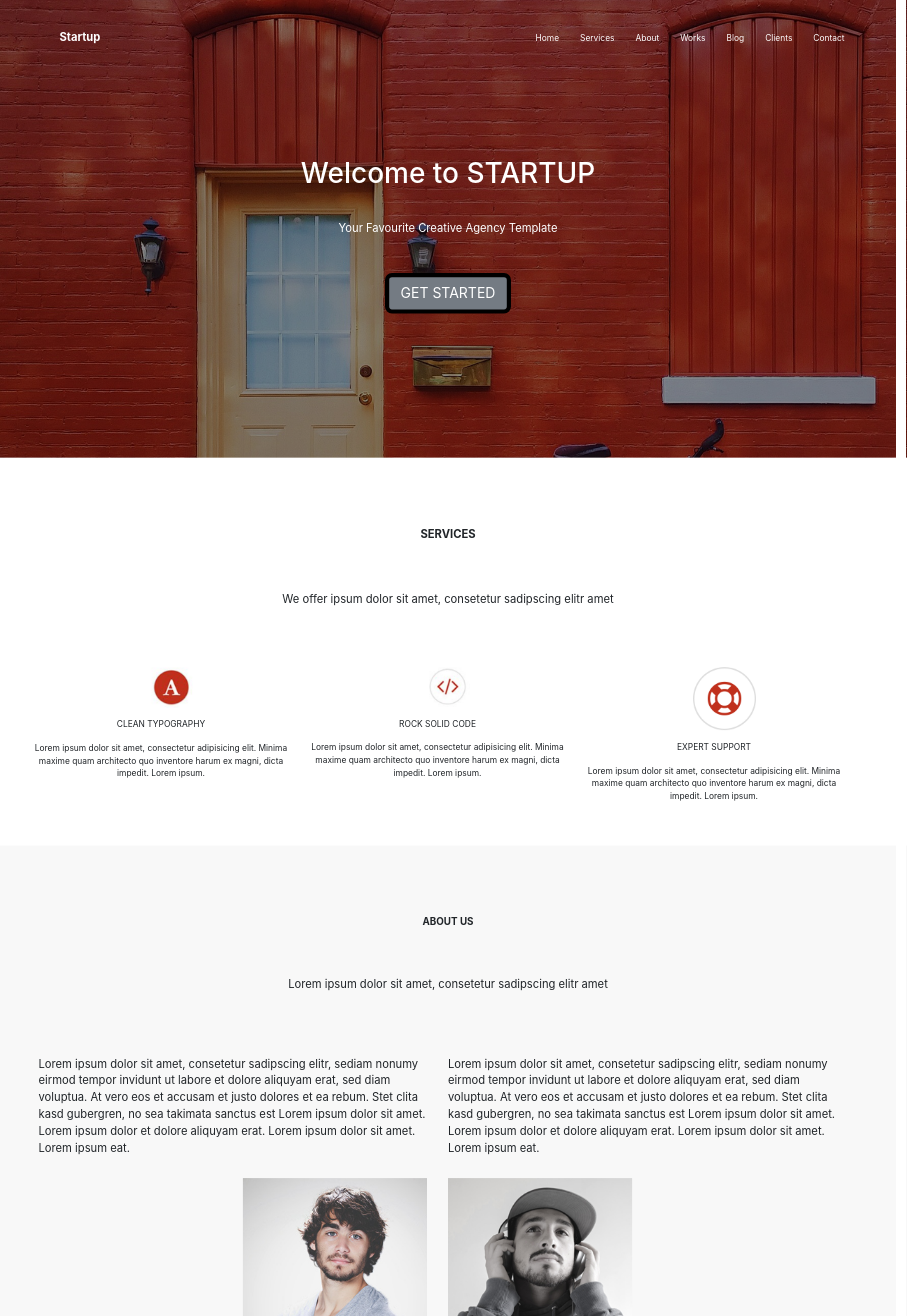
Repository: ivankovaa/HelloWorld
Page: lab5/index.html
The author's editor kept a record of every edit. The page is drawn from the files as they stood at one moment, then again after the next edit.
The browser window is 1280 px wide. The page is 1295 px wide, so the pictures cover 1295 px, including what lies to the right of the window. The pictures show the part of the page from y = 0 to 1880 px (the page is 3843 px tall before and 3837 px after), at 70% of full size.
The pointer rests on the first visible `#tr-property`.

Above is the page before.

After the next edit:
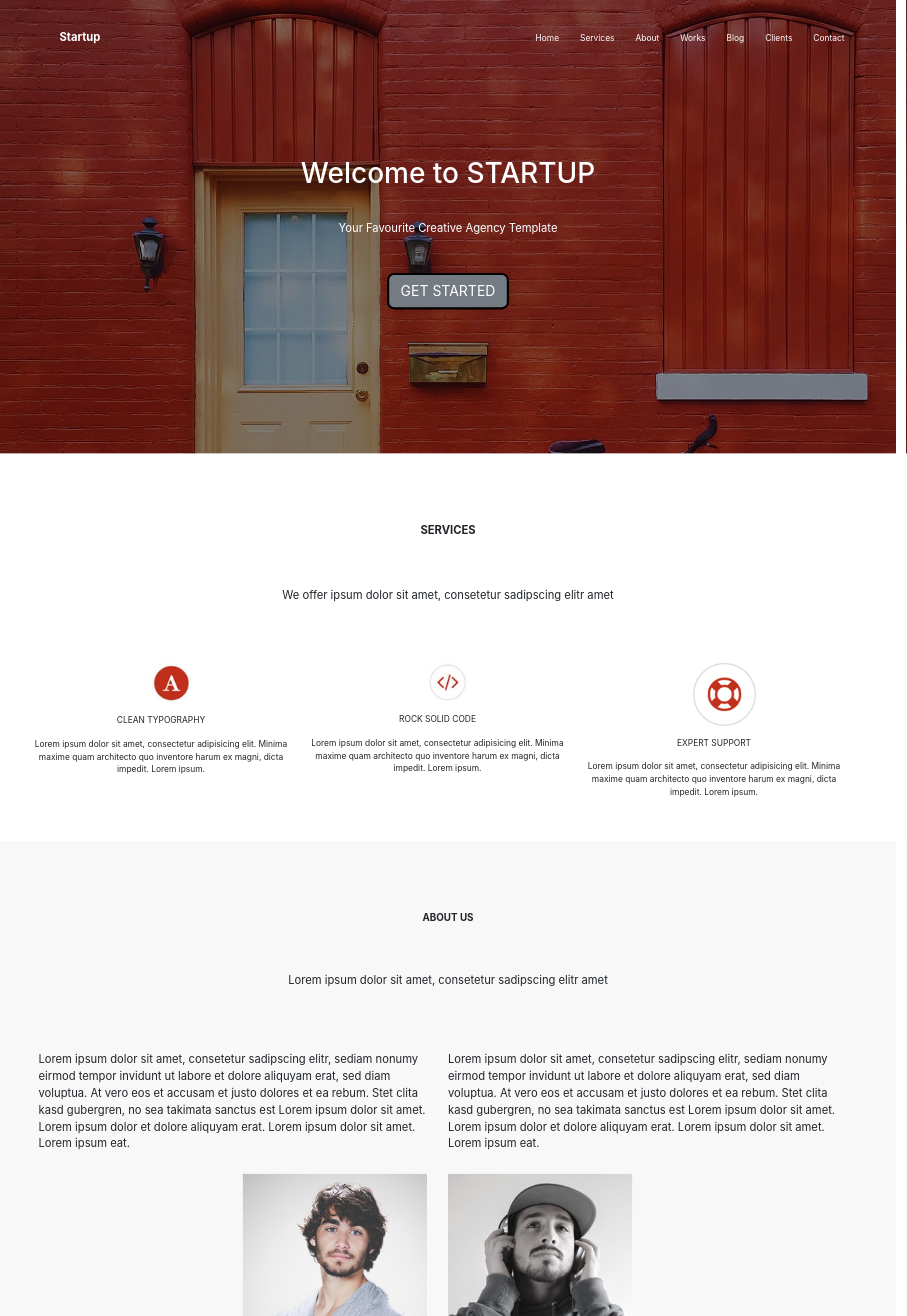
The edit:
--- a/lab5/style.css
+++ b/lab5/style.css
@@ -238,7 +238,7 @@
 }
 #tr-property:hover {
  background-color: #747b83;
- border-width: 6px;
+ border-width: 3px;
  border-color: black;
  border-radius: 10px;
 }
